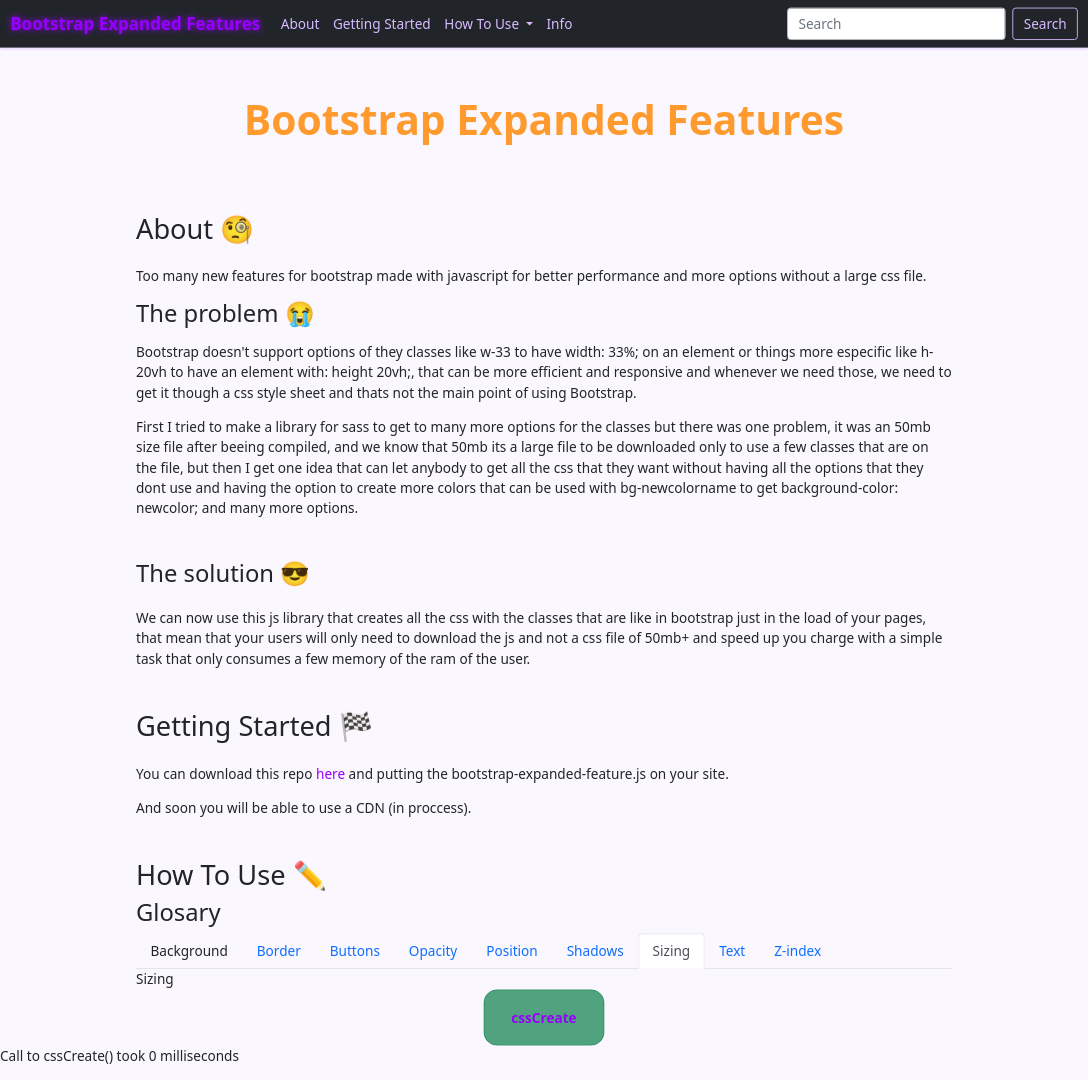
Repository: LynxPardelle/bootstrap-expanded-features
Page: index.html
The author's editor kept a copy of each file at every save. The page is drawn from the files as they stood at one save, then again after the next save.
The browser window is 1280 px wide. The pictures show the whole page, at 85% of full size.

Above is the page before, as saved 2022-01-02 03:59:32.

### index.html
<!DOCTYPE html>
<html lang="es">
  <head>
    <meta charset="UTF-8" />
    <meta http-equiv="X-UA-Compatible" content="IE=edge" />
    <meta name="viewport" content="width=device-width, initial-scale=1.0" />
    <title>Bootstrap Expanded Features</title>
    <link
      href="https://cdn.jsdelivr.net/npm/bootstrap@5.1.3/dist/css/bootstrap.min.css"
      rel="stylesheet"
      integrity="sha384-1BmE4kWBq78iYhFldvKuhfTAU6auU8tT94WrHftjDbrCEXSU1oBoqyl2QvZ6jIW3"
      crossorigin="anonymous"
    />
    <link rel="stylesheet" href="./style.css" />
  </head>
  <body class="bef bef-bg-futurePop__OPA__0_03">
    <header>
      <nav
        class="
          navbar navbar-expand-lg navbar-dark
          bg-dark
          align-items-center
          bef
          bef-boxShadow-0px__2px__4px__lavender
          position-fixed
          top-0
          w-100
        "
      >
        <div class="container-fluid">
          <a
            class="
              navbar-brand
              bef bef-text-futurePop
              fw-bolder
              bef-textShadow-0px__0px__8px__futurePop
            "
            href="#"
            >Bootstrap Expanded Features</a
          >
          <button
            class="navbar-toggler"
            type="button"
            data-bs-toggle="collapse"
            data-bs-target="#navbarSupportedContent"
            aria-controls="navbarSupportedContent"
            aria-expanded="false"
            aria-label="Toggle navigation"
          >
            <span class="navbar-toggler-icon"></span>
          </button>
          <div class="collapse navbar-collapse" id="navbarSupportedContent">
            <ul class="navbar-nav me-auto mb-lg-0">
              <li class="nav-item">
                <a class="nav-link bef bef-text-lavender" href="#about"
                  >About</a
                >
              </li>
              <li class="nav-item">
                <a
                  class="nav-link bef bef-text-lavender"
                  href="#getting_started"
                  >Getting Started</a
                >
              </li>
              <li class="nav-item dropdown">
                <a
                  class="nav-link bef bef-text-lavender dropdown-toggle"
                  href="#howToUse"
                  id="navbarDropdown"
                  role="button"
                  data-bs-toggle="dropdown"
                  aria-expanded="false"
                >
                  How To Use
                </a>
                <ul
                  class="dropdown-menu dropdown-menu-dark"
                  aria-labelledby="navbarDropdown"
                >
                  <li>
                    <a class="dropdown-item bef bef-text-lavender" href="#"
                      >Action</a
                    >
                  </li>
                  <li>
                    <a class="dropdown-item bef bef-text-lavender" href="#"
                      >Another action</a
                    >
                  </li>
                  <li><hr class="dropdown-divider" /></li>
                  <li>
                    <a class="dropdown-item bef bef-text-lavender" href="#"
                      >Something else here</a
                    >
                  </li>
                </ul>
              </li>
              <li class="nav-item">
                <a class="nav-link bef bef-text-lavender" href="#Info">Info</a>
              </li>
            </ul>
            <form class="d-flex">
              <input
                id="searchInput"
                class="form-control me-2"
                type="search"
                placeholder="Search"
                aria-label="Search"
              />
              <button class="btn bef bef-btnOutline-lavender">Search</button>
            </form>
          </div>
        </div>
      </nav>

      <h1
        class="
          text-center
          d-block
          bef bef-w-85vw bef-w-md-75vw bef-fs-2rem bef-fs-md-3rem
          bef-m-7rem__auto__5rem
          bef-text-summer
          fw-bolder
        "
      >
        Bootstrap Expanded Features
      </h1>
    </header>

    <div>
      <main class="bef bef-w-85vw bef-wmx-1000px bef-w-md-75vw mx-auto">
        <!-- ABOUT -->
        <section>
          <a id="about"></a>
          <h2>About 🧐</h2>
          <article>
            <p class="mt-4 mb-3 text-start">
              Too many new features for bootstrap made with javascript for
              better performance and more options without a large css file.
            </p>
          </article>
          <!-- THE_PROBLEM -->
          <article>
            <h3>The problem 😭</h3>
            <p class="my-3 text-start">
              Bootstrap doesn't support options of they classes like w-33 to
              have width: 33%; on an element or things more especific like
              h-20vh to have an element with: height 20vh;, that can be more
              efficient and responsive and whenever we need those, we need to
              get it though a css style sheet and thats not the main point of
              using Bootstrap.
            </p>
            <p class="mt-3 mb-5 text-start">
              First I tried to make a library for sass to get to many more
              options for the classes but there was one problem, it was an 50mb
              size file after beeing compiled, and we know that 50mb its a large
              file to be downloaded only to use a few classes that are on the
              file, but then I get one idea that can let anybody to get all the
              css that they want without having all the options that they dont
              use and having the option to create more colors that can be used
              with bg-newcolorname to get background-color: newcolor; and many
              more options.
            </p>
          </article>
          <!-- THE_SOLUTION -->
          <article>
            <h3>The solution 😎</h3>
            <p class="mt-4 mb-5 text-start">
              We can now use this js library that creates all the css with the
              classes that are like in bootstrap just in the load of your pages,
              that mean that your users will only need to download the js and
              not a css file of 50mb+ and speed up you charge with a simple task
              that only consumes a few memory of the ram of the user.
            </p>
          </article>
        </section>
        <!-- GETTING_STARTED -->
        <section>
          <a id="getting_started"></a>
          <h2>Getting Started 🏁</h2>
          <article>
            <p class="mt-4 mb-3 text-start bef bef-link-futurePop">
              You can download this repo
              <a
                class="text-decoration-none"
                href="https://github.com/LynxPardelle/bootstrap-expanded-features.git"
                target="_blank"
                >here</a
              >
              and putting the bootstrap-expanded-feature.js on your site.
            </p>
            <p class="mt-3 mb-5 text-start bef bef-link-futurePop">
              And soon you will be able to use a CDN (in proccess).
            </p>
          </article>
        </section>
        <!-- HOW_TO_USE -->
        <section>
          <a id="howToUse"></a>
          <h2>How To Use ✏️</h2>
          <article>
            <h3>Glosary</h3>
            <nav>
              <div class="nav nav-tabs" id="nav-tab" role="tablist">
                <button
                  class="nav-link bef bef-text-dark bef-textHover-futurePop"
                  id="nav-background-tab"
                  data-bs-toggle="tab"
                  data-bs-target="#nav-background"
                  type="button"
                  role="tab"
                  aria-controls="nav-background"
                  aria-selected="false"
                >
                  Background
                </button>
                <button
                  class="nav-link"
                  id="nav-border-tab"
                  data-bs-toggle="tab"
                  data-bs-target="#nav-border"
                  type="button"
                  role="tab"
                  aria-controls="nav-border"
                  aria-selected="false"
                >
                  Border
                </button>
                <button
                  class="nav-link"
                  id="nav-buttons-tab"
                  data-bs-toggle="tab"
                  data-bs-target="#nav-buttons"
                  type="button"
                  role="tab"
                  aria-controls="nav-buttons"
                  aria-selected="false"
                >
                  Buttons
                </button>
                <button
                  class="nav-link"
                  id="nav-opacity-tab"
                  data-bs-toggle="tab"
                  data-bs-target="#nav-opacity"
                  type="button"
                  role="tab"
                  aria-controls="nav-opacity"
                  aria-selected="false"
                >
                  Opacity
                </button>
                <button
                  class="nav-link"
                  id="nav-position-tab"
                  data-bs-toggle="tab"
                  data-bs-target="#nav-position"
                  type="button"
                  role="tab"
                  aria-controls="nav-position"
                  aria-selected="false"
                >
                  Position
                </button>
                <button
                  class="nav-link"
                  id="nav-shadows-tab"
                  data-bs-toggle="tab"
                  data-bs-target="#nav-shadows"
                  type="button"
                  role="tab"
                  aria-controls="nav-shadows"
                  aria-selected="false"
                >
                  Shadows
                </button>
                <button
                  class="nav-link active"
                  id="nav-sizing-tab"
                  data-bs-toggle="tab"
                  data-bs-target="#nav-sizing"
                  type="button"
                  role="tab"
                  aria-controls="nav-sizing"
                  aria-selected="true"
                >
                  Sizing
                </button>
                <button
                  class="nav-link"
                  id="nav-text-tab"
                  data-bs-toggle="tab"
                  data-bs-target="#nav-text"
                  type="button"
                  role="tab"
                  aria-controls="nav-text"
                  aria-selected="false"
                >
                  Text
                </button>
                <button
                  class="nav-link"
                  id="nav-z-index-tab"
                  data-bs-toggle="tab"
                  data-bs-target="#nav-z-index"
                  type="button"
                  role="tab"
                  aria-controls="nav-z-index"
                  aria-selected="false"
                >
                  Z-index
                </button>
              </div>
            </nav>
            <div class="tab-content" id="nav-tabContent">
              <div
                class="tab-pane fade"
                id="nav-background"
                role="tabpanel"
                aria-labelledby="nav-background-tab"
              >
                Background
              </div>
              <div
                class="tab-pane fade"
                id="nav-border"
                role="tabpanel"
                aria-labelledby="nav-border-tab"
              >
                Border
              </div>
              <div
                class="tab-pane fade"
                id="nav-buttons"
                role="tabpanel"
                aria-labelledby="nav-buttons-tab"
              >
                Buttons
              </div>
              <div
                class="tab-pane fade"
                id="nav-opacity"
                role="tabpanel"
                aria-labelledby="nav-opacity-tab"
              >
                Opacity
              </div>
              <div
                class="tab-pane fade"
                id="nav-position"
                role="tabpanel"
                aria-labelledby="nav-position-tab"
              >
                Position
              </div>
              <div
                class="tab-pane fade"
                id="nav-shadows"
                role="tabpanel"
                aria-labelledby="nav-shadows-tab"
              >
                Shadows
              </div>
              <div
                class="tab-pane fade show active"
                id="nav-sizing"
                role="tabpanel"
                aria-labelledby="nav-sizing-tab"
              >
                Sizing
              </div>
              <div
                class="tab-pane fade"
                id="nav-text"
                role="tabpanel"
                aria-labelledby="nav-text-tab"
              >
                Text
              </div>
              <div
                class="tab-pane fade"
                id="nav-z-index"
                role="tabpanel"
                aria-labelledby="nav-z-index-tab"
              >
                Z-Index
              </div>
            </div>
          </article>
        </section>
      </main>
      <aside></aside>
    </div>

    <footer>
      <a id="#info"></a>
      <button
        class="
          btn
          bef
          bef-btn-success__OPA__0_75
          bef-text-futurePop
          fw-bold
          d-block
          mx-auto
          bef-p-1_25rem__2rem
          bef-rounded-1rem
        "
        onclick="cssCreate()"
      >
        cssCreate
      </button>

      <div id="befTimer"></div>
    </footer>

    <!--
Classes:
w width
h height
wmx max-width
hmx max-height
wmn min-width
hmn min-height
rounded border-radius
z z-index
opacity opacity
top top
bottom bottom
end left
start right
fs font-size
lh line-height
gap gap
p padding
m margin
border border-width
borderStyle border-style

bg background-color
text color
link a color
borderColor border-color
btn background-color border-color box-shadow
btnOutline border-color box-shadow
boxShadow box-shadow
textShadow text-shadow

Sides:
s left
e right
t top
b bottom
x left & right
y top & bottom

BreakPoints:
sm 576
md 768
lg 992
xl 1200
xxl 1400
-->
    <script
      src="https://cdn.jsdelivr.net/npm/bootstrap@5.1.3/dist/js/bootstrap.bundle.min.js"
      integrity="sha384-ka7Sk0Gln4gmtz2MlQnikT1wXgYsOg+OMhuP+IlRH9sENBO0LRn5q+8nbTov4+1p"
      crossorigin="anonymous"
    ></script>
    <script>
      var colors = {
        monster: "#00AA00",
        futurePop: "#9700FF",
      };
    </script>
    <script src="./bootstrap-expanded-features.js"></script>
  </body>
</html>

Loaded but not shown: bootstrap-expanded-features.js (library); style.css (no stored copy; drawn as an empty file)

After the next save:
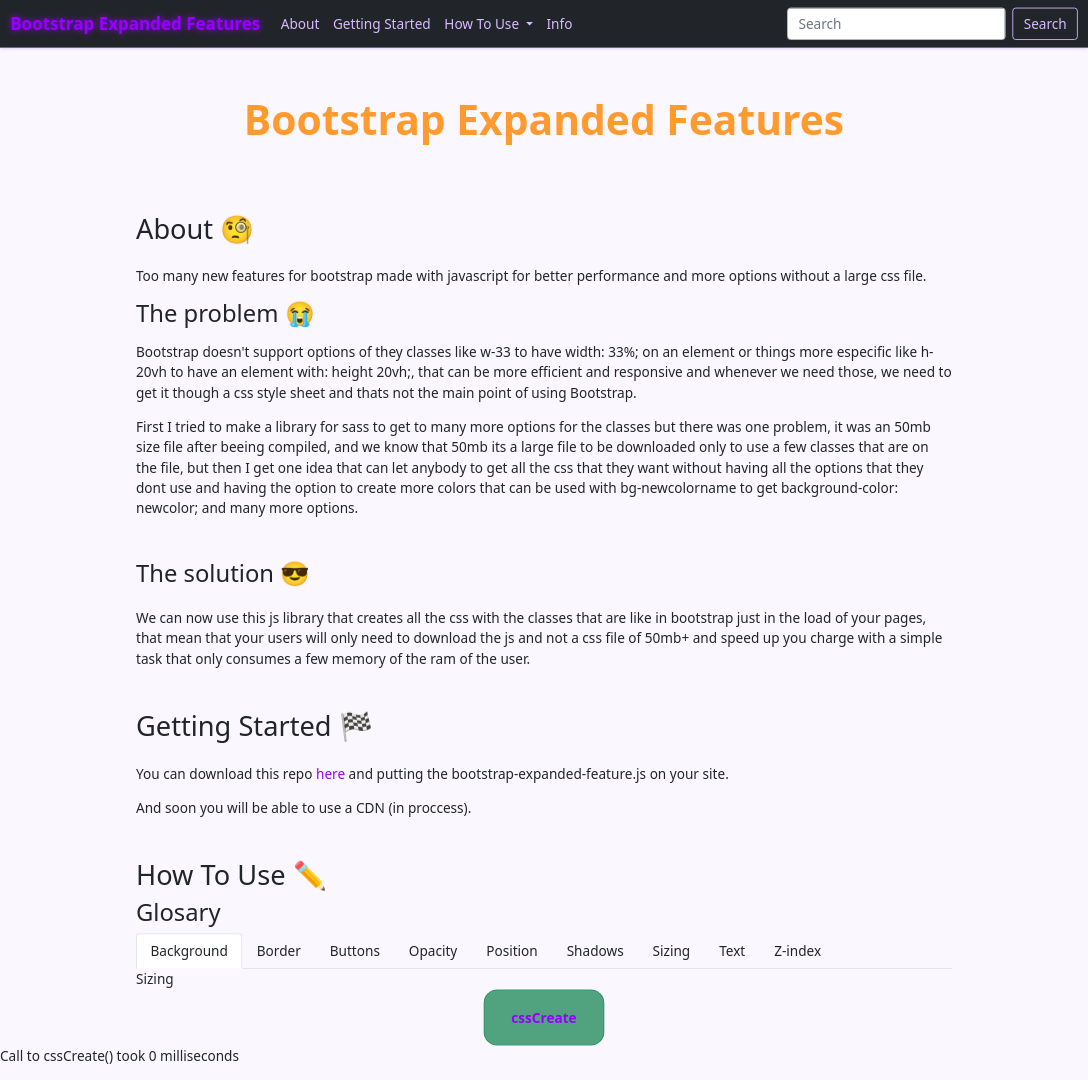
Saved 54 s later.
--- a/index.html
+++ b/index.html
@@ -204,7 +204,7 @@
             <nav>
               <div class="nav nav-tabs" id="nav-tab" role="tablist">
                 <button
-                  class="nav-link bef bef-text-dark bef-textHover-futurePop"
+                  class="nav-link active bef bef-text-dark bef-textHover-futurePop"
                   id="nav-background-tab"
                   data-bs-toggle="tab"
                   data-bs-target="#nav-background"
@@ -216,7 +216,7 @@
                   Background
                 </button>
                 <button
-                  class="nav-link"
+                  class="nav-link bef bef-text-dark bef-textHover-futurePop"
                   id="nav-border-tab"
                   data-bs-toggle="tab"
                   data-bs-target="#nav-border"
@@ -228,7 +228,7 @@
                   Border
                 </button>
                 <button
-                  class="nav-link"
+                  class="nav-link bef bef-text-dark bef-textHover-futurePop"
                   id="nav-buttons-tab"
                   data-bs-toggle="tab"
                   data-bs-target="#nav-buttons"
@@ -240,7 +240,7 @@
                   Buttons
                 </button>
                 <button
-                  class="nav-link"
+                  class="nav-link bef bef-text-dark bef-textHover-futurePop"
                   id="nav-opacity-tab"
                   data-bs-toggle="tab"
                   data-bs-target="#nav-opacity"
@@ -252,7 +252,7 @@
                   Opacity
                 </button>
                 <button
-                  class="nav-link"
+                  class="nav-link bef bef-text-dark bef-textHover-futurePop"
                   id="nav-position-tab"
                   data-bs-toggle="tab"
                   data-bs-target="#nav-position"
@@ -264,7 +264,7 @@
                   Position
                 </button>
                 <button
-                  class="nav-link"
+                  class="nav-link bef bef-text-dark bef-textHover-futurePop"
                   id="nav-shadows-tab"
                   data-bs-toggle="tab"
                   data-bs-target="#nav-shadows"
@@ -276,7 +276,7 @@
                   Shadows
                 </button>
                 <button
-                  class="nav-link active"
+                  class="nav-link bef bef-text-dark bef-textHover-futurePop"
                   id="nav-sizing-tab"
                   data-bs-toggle="tab"
                   data-bs-target="#nav-sizing"
@@ -288,7 +288,7 @@
                   Sizing
                 </button>
                 <button
-                  class="nav-link"
+                  class="nav-link bef bef-text-dark bef-textHover-futurePop"
                   id="nav-text-tab"
                   data-bs-toggle="tab"
                   data-bs-target="#nav-text"
@@ -300,7 +300,7 @@
                   Text
                 </button>
                 <button
-                  class="nav-link"
+                  class="nav-link bef bef-text-dark bef-textHover-futurePop"
                   id="nav-z-index-tab"
                   data-bs-toggle="tab"
                   data-bs-target="#nav-z-index"
